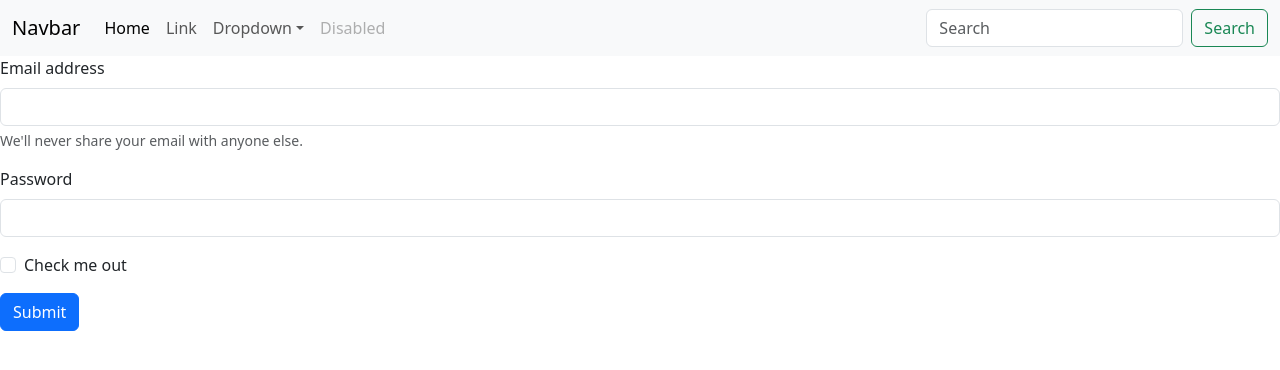
Repository: suraj-yadav7/createpost-redux
Page: /read
The author's editor kept a copy of each file at every save. The page is drawn from the files as they stood at one save, then again after a run of saves.
The browser window is 1280 px wide. The pictures show the whole page.
The project was rebuilt for these pictures with package versions that can differ from the ones it lists, and the page was loaded fresh each time. Also part of the build but not shown: vite.config.js, src/App.css, src/index.css.

Above is the page before, as saved 2023-05-15 23:43:13.

After the next 2 saves:
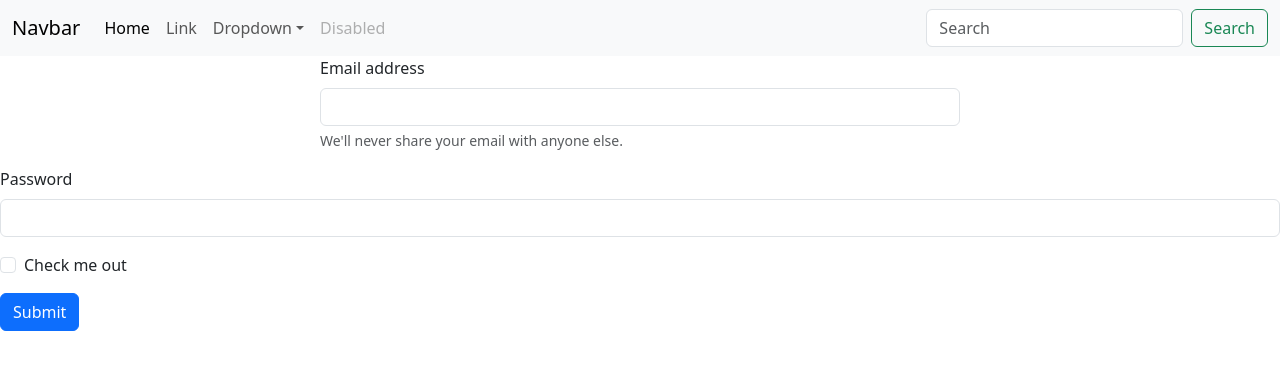
The 2 saves are shown as one change because they came seconds apart.
The last was saved 22 s later.
--- a/src/components/create.jsx
+++ b/src/components/create.jsx
@@ -4,7 +4,7 @@
   return (
     <>
       <form>
-  <div class="mb-3">
+  <div class="mb-3 mx-auto w-50">
     <label for="exampleInputEmail1" class="form-label">Email address</label>
     <input type="email" class="form-control" id="exampleInputEmail1" aria-describedby="emailHelp"/>
     <div id="emailHelp" class="form-text">We'll never share your email with anyone else.</div>

After the save that followed:
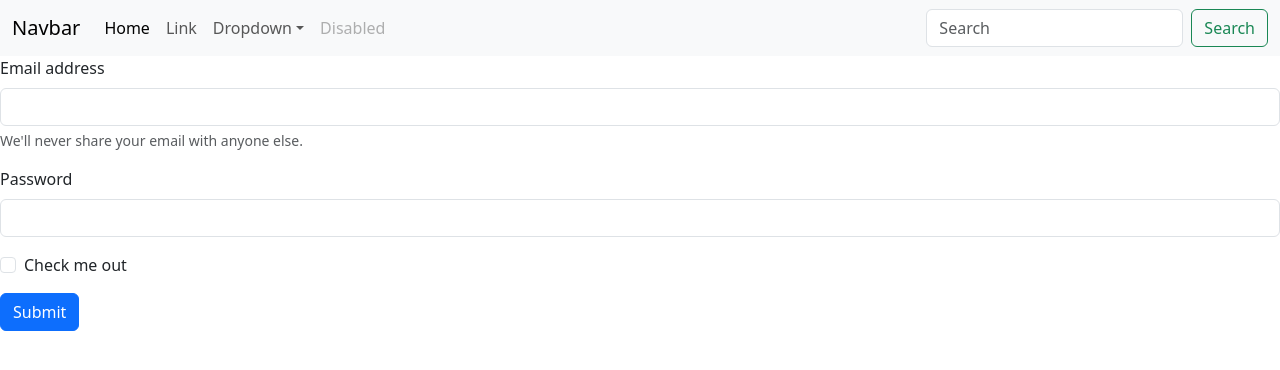
Saved 9 s later.
--- a/src/components/create.jsx
+++ b/src/components/create.jsx
@@ -4,7 +4,7 @@
   return (
     <>
       <form>
-  <div class="mb-3 mx-auto w-50">
+  <div class="mb-3 mx-auto wd-50">
     <label for="exampleInputEmail1" class="form-label">Email address</label>
     <input type="email" class="form-control" id="exampleInputEmail1" aria-describedby="emailHelp"/>
     <div id="emailHelp" class="form-text">We'll never share your email with anyone else.</div>
